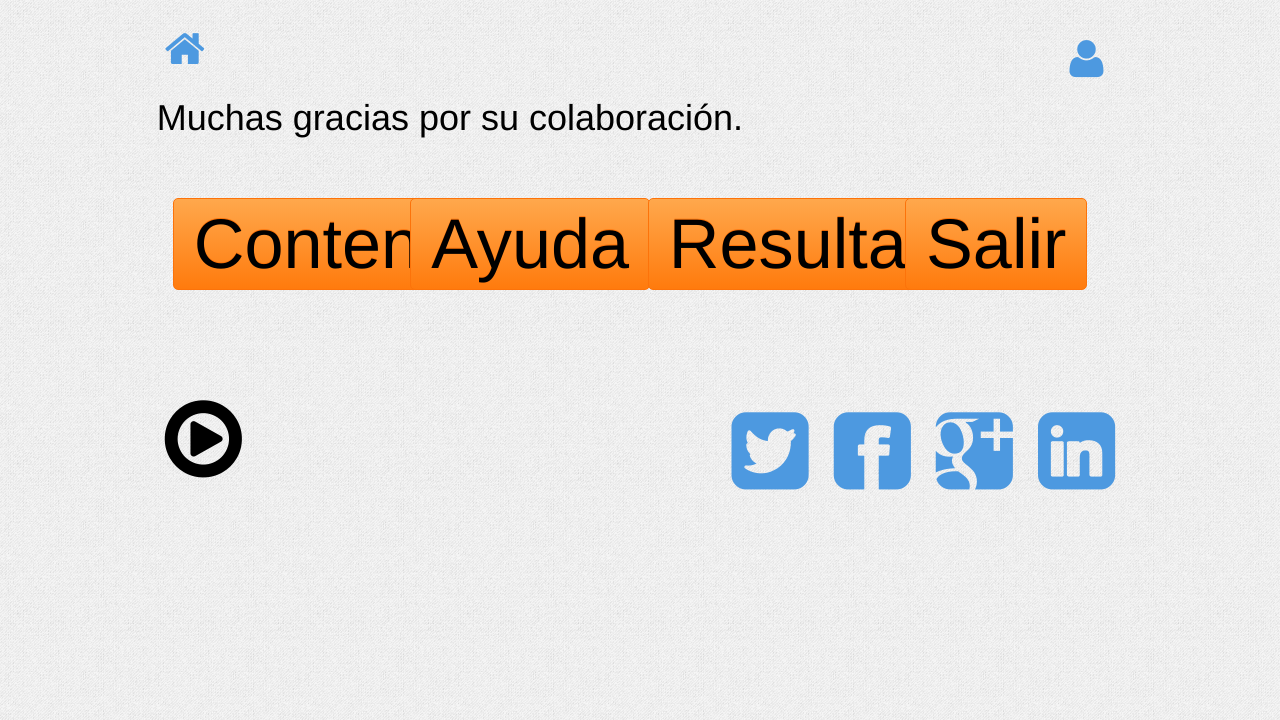
Repository: SCeruso/RememberMe
Page: enviosugerencia.html
The author's editor kept a record of every edit. The page is drawn from the files as they stood at one moment, then again after the next edit.
The browser window is 1280 px wide. The pictures show the whole page.
Some web libraries are served in a nearby version.

Above is the page before.

After the next edit:
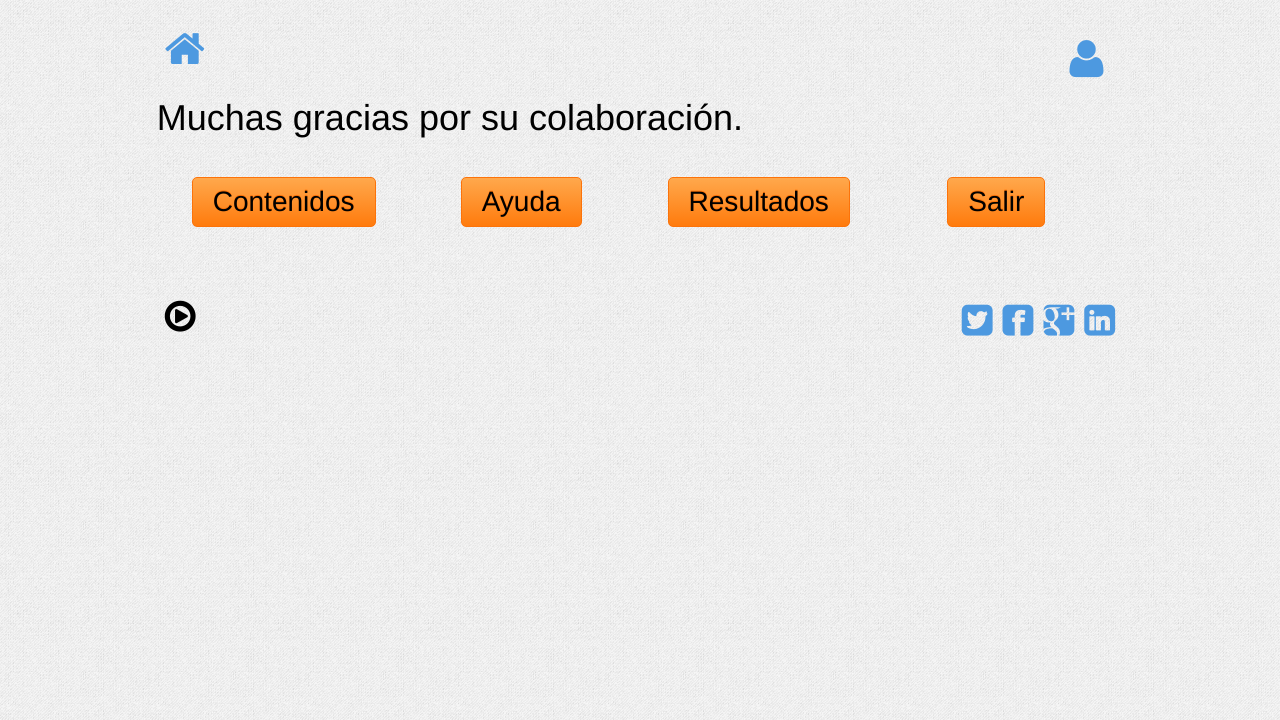
The edit:
--- a/enviosugerencia.html
+++ b/enviosugerencia.html
@@ -34,7 +34,7 @@
 			Muchas gracias por su colaboración.
 			<br />
 
-	</p>
+	</h3>
 
 	<div class="col_12">
         <div class="col_3">
